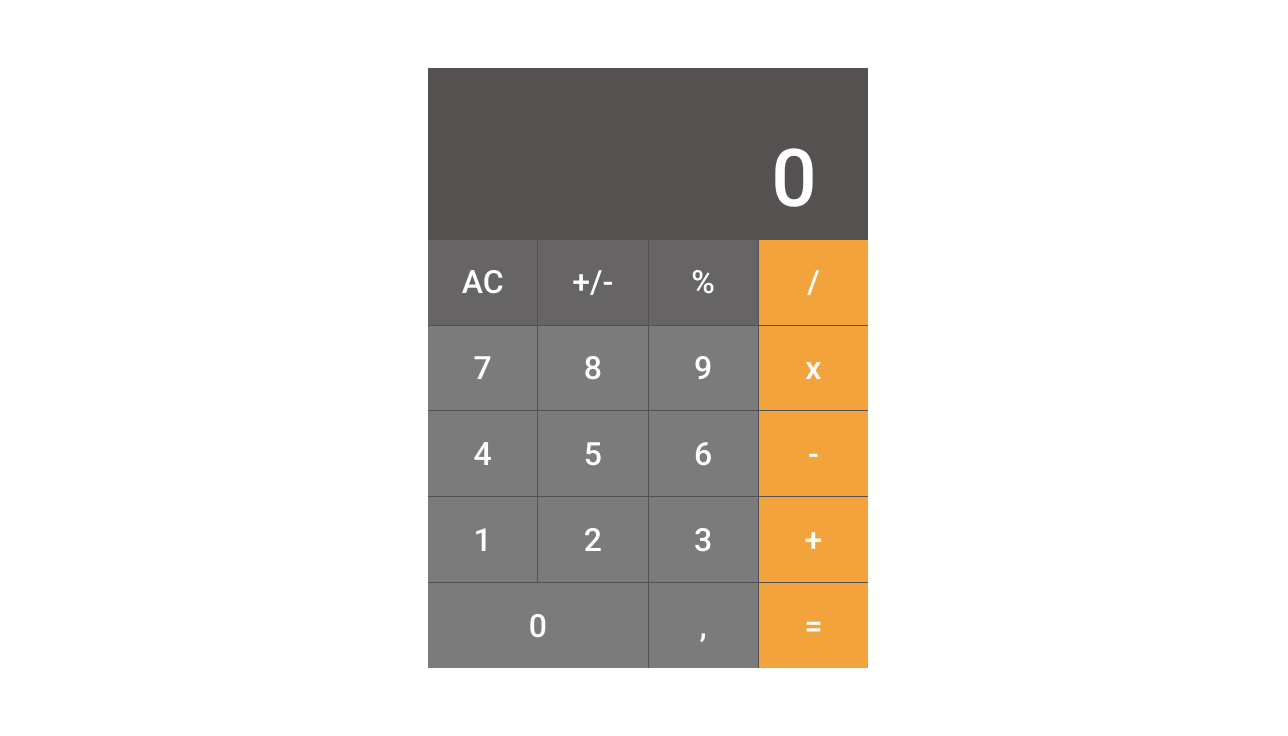
Repository: maciekto/calculatorOOP
Page: index.html
These files come from the project's save history. The page is drawn as it stood at one moment and after the next save; the edit follows.
The browser window is 1280 px wide. The page is 1288 px wide, so the pictures cover 1288 px, including what lies to the right of the window. The pictures show the whole page.
After loading, the first visible `div.Calc__0` was clicked once.

Above is the page before, as saved 2022-07-09 18:00:01.

### index.html
<!DOCTYPE html>
<html lang="en">
<head>
    <meta charset="UTF-8">
    <meta http-equiv="X-UA-Compatible" content="IE=edge">
    <meta name="viewport" content="width=device-width, initial-scale=1.0">
    <title>Document</title>
    <link rel="stylesheet" href="css.css">


</head>
<body>
    <main>
        <div class="Calc">
            <div class="Calc__result">
                <div class="Calc__result__inner">0</div>
            </div>

            <div class="Calc__reset">AC</div>
            <div class="Calc__opposite">
                +/-
            </div>
            <div class="Calc__percentages">
                %
            </div>
            <div class="Calc__divide">/</div>

            <div class="Calc__7">7</div>
            <div class="Calc__8">8</div>
            <div class="Calc__9">9</div>
            <div class="Calc__multiply">x</div>

            <div class="Calc__4">4</div>
            <div class="Calc__5">5</div>
            <div class="Calc__6">6</div>
            <div class="Calc__substraction">-</div>
            <div class="Calc__1">1</div>
            <div class="Calc__2">2</div>
            <div class="Calc__3">3</div>
            <div class="Calc__addition">+</div>

            <div class="Calc__0">0</div>
            <div class="Calc__comma">,</div>
            <div class="Calc__isequal">=</div>

        </div>
    </main>

    <script src="js.js"></script>
</body>
</html>

### css.css
@import url('https://fonts.googleapis.com/css2?family=Roboto:wght@400;500;700&display=swap');

* {
    font-family: 'Roboto', sans-serif;
    font-weight: 500;
    box-sizing: border-box;
}

main {
    width: 100vw;
    height: 100vh;
    display: grid;
    place-items: center;
}

.Calc {
    max-width: 440px;
    width: 55vw;
    height: 80vw;
    max-height: 600px;
    background: #545150;
    color: white;
    display: grid;
    grid-template-columns: repeat(4, 1fr);
    grid-template-rows: repeat(7, 1fr);
    grid-template-areas:
    "result result result result"
    "result result result result"
    "reset opposite percentages divide"
    "seven eight nine multiply"
    "four five six substraction"
    "one two three addition"
    "zero zero comma isequal"
    ;
    grid-gap: 1px;
    font-size: 4vw;
}
.Calc div {
    display: grid;
    place-items: center;
    background: #7b7b7c;
    cursor: pointer;
}
.Calc__result {
    grid-area: result;
    background: #545150 !important;
    font-size: 10vw;
    display: flex;
    overflow-x: scroll;
}
.Calc__result__inner {
    padding: 1vw 4vw;
    width: 100%;
    height: 100%;
    place-items: end end !important;


    background: #545150 !important;

}
.Calc__reset {
    background: #666464 !important;
}
.Calc__opposite {
    background: #666464 !important;
}
.Calc__percentages {
    background: #666464 !important;
}
.Calc__divide {
    background: #f2a33c !important;
}
.Calc__multiply {
    background: #f2a33c !important;
}
.Calc__substraction {
    background: #f2a33c !important;
}
.Calc__addition {
    background: #f2a33c !important;
}
.Calc__isequal {
    background: #f2a33c !important;
}


.Calc__0 {
    grid-area: zero;
}

@media (min-width: 800px) {
    .Calc {
        font-size: 32px;
    }
    .Calc__result {
        font-size: 80px;
    }
}

### js.js

// Zaznaczanie klasy
function Class(nazwa) {
    return document.querySelector(`.${nazwa}`);
}


// EVENTS
const result = Class('Calc__result');
const result_inner = Class('Calc__result__inner');
const l0 = Class('Calc__0');
const l1 = Class('Calc__1');
const l2 = Class('Calc__2');
const l3 = Class('Calc__3');
const l4 = Class('Calc__4');
const l5 = Class('Calc__5');
const l6 = Class('Calc__6');
const l7 = Class('Calc__7');
const l8 = Class('Calc__8');
const l9 = Class('Calc__9');
const lcomma = Class('Calc__comma');

const isEqual = Class('Calc__isequal');
const x = Class('Calc__multiply');
const plus = Class('Calc__addition');
const minus = Class('Calc__substraction');
const divide = Class('Calc__divide');

const AC = Class('Calc__reset');



var cashed_number;
var operator = '';
var expression = [];
var isNumberNew = true;


var events = [l0, l1, l2, l3, l4, l5, l6, l7, l8, l9,lcomma, x,plus, minus, divide, isEqual, AC];

events.forEach(element => {
    element.addEventListener('click', () => numberClicked(element.innerHTML));
});


// Function applied after click
function numberClicked(sign) {
    console.log(sign.innerHTML)
    switch(sign.innerHTML) {

        // MULTIPLY
        case 'x':
            casheNumber('*');
        break;

        //ADD
        case '+':
            casheNumber('+');
        break;

        //SUBSTRACT
        case '-':
            casheNumber('-');
        break;

        //DIVIDE
        case '/':
            casheNumber('/');
        break;

        // RESULT
        case '=':
            result_inner.innerHTML = count(result_inner.innerHTML);
            resizeResult();
        break;

        case 'AC':
            result_inner.innerHTML = '0';
            isNumberNew = true;
        break;

        // COMMA
        case ',':

            // Read how much commas is in result
            commaLimitCheck(result_inner.innerHTML);

            // Limit amount of comma to one

        break;

        case '0':
        case '1':
        case '2':
        case '3':
        case '4':
        case '5':
        case '6':
        case '7':
        case '8':
        case '9':
            if(isNumberNew == true) {
                result_inner.innerHTML = sign.innerHTML;
                isNumberNew = false;

            } else {
                // Check if there is comma
                writeClickedNumber(sign);

            }
        break;
    }
}



function count(result) {
    let newNumber;
    newNumber = parseFloat(commaAndDotSwitcher('toDOT', result));
    let endResult;

    switch(operator) {
        case '*':
            endResult = cashed_number*newNumber
            return commaAndDotSwitcher('toCOMMA',endResult.toString());
        break;
        case '+':
            endResult = cashed_number+newNumber
            return commaAndDotSwitcher('toCOMMA',endResult.toString());
        break;
        case '-':
            endResult = cashed_number-newNumber
            return commaAndDotSwitcher('toCOMMA',endResult.toString());
        break;
        case '/':
            endResult = cashed_number/newNumber
            return commaAndDotSwitcher('toCOMMA',endResult.toString());
        break;
    }
}

function casheNumber(selectedOperator) {
    cashed_number = parseFloat(commaAndDotSwitcher('toDOT', result_inner.innerHTML));
    isNumberNew = true;
    operator = selectedOperator;
}

// Limit amount of commas in string
commaLimitCheck = (string) => {
    let Check = string.split('');
    let commaCount = 0;

    // Count comma's
    Check.forEach(element => {
        if(element === ',') {
            commaCount+=1;
        }
    });

    const OLDresult = result_inner.innerHTML;
    if(commaCount >= 1) {
        result_inner.innerHTML = OLDresult;
    } else {
        writeClickedNumber(sign);
    }
}


// Switch comma to dot or dot to comma
// operation: toDOT or toCOMMA
// RETURNS string with switched commas or dots
commaAndDotSwitcher = (operation, string) => {
    console.log(string)
    let Check = string.split('');
    let stringFromArray = '';

    if(operation === 'toDOT') {
            Check.forEach((element, index) => {
                if(element === ',') {
                    Check[index] = '.';
                    stringFromArray += Check[index];
                } else {
                    stringFromArray += Check[index];
                }

            });
            // Convert to string and return
            return stringFromArray;
    } else if (operation === 'toCOMMA') {
        Check.forEach((element, index) => {
            if(element === '.') {
                Check[index] = ',';
                stringFromArray += Check[index];
            } else {
                stringFromArray += Check[index];
            }

        });
        // Convert to string and return
        return stringFromArray;
    }
}

// Write clicked number to the result inner div
function writeClickedNumber(sign) {
    const OLDresult = result_inner.innerHTML;
    result_inner.innerHTML = OLDresult + sign.innerHTML;
    resizeResult()
}

// Resize inner result div dependent of how much text is inside
function resizeResult() {
    if(result_inner.clientWidth > result.clientWidth) {

        while(result_inner.clientWidth>result.clientWidth) {
            var style = window.getComputedStyle(result, null).getPropertyValue('font-size');
            var fontSizee = parseFloat(style);
            result.style.fontSize = (fontSizee - 1) +'px';
        }
    }
}

console.log(l1)



























































// inputy liczb
// inputy orange
// input procent
// input odwrotność
// input reset

// 1. po klinięciu liczba jest zapisywana jako aktywna, jeżeli jest dodana następna liczba jest dodawana do pierwszej w stringu

// 2. Po kliniuęciu jakiegoś przycisku z orange jest dodawana flaga co będzie z tą liczbą robione

// 3. Wprowadzenie następnej liczby

// 4. Wynik


// 5. Resetowanie liczby jako resetowanie zmiennej przechowującej wyrażenie

After the next save:
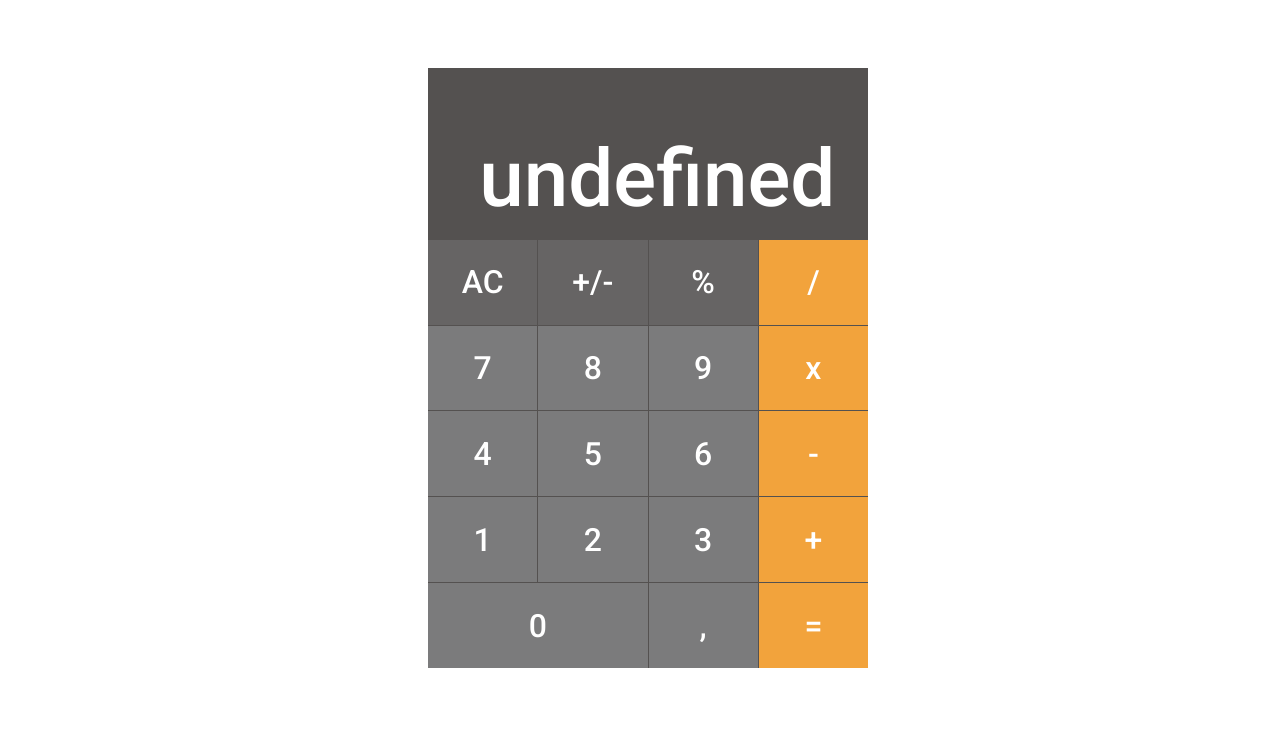
Saved 8 s later.
--- a/js.js
+++ b/js.js
@@ -46,7 +46,7 @@
 // Function applied after click
 function numberClicked(sign) {
     console.log(sign.innerHTML)
-    switch(sign.innerHTML) {
+    switch(sign) {
 
         // MULTIPLY
         case 'x':

After the save that followed:
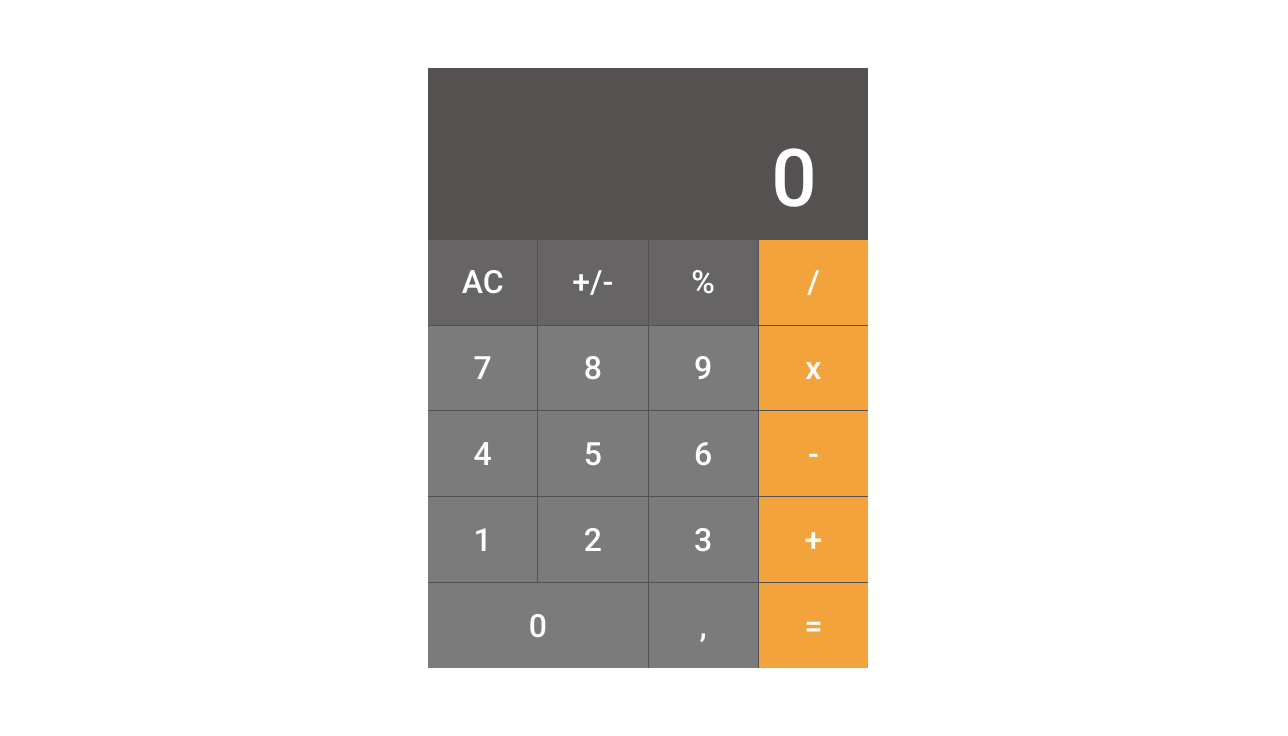
Saved 18 s later.
--- a/js.js
+++ b/js.js
@@ -45,7 +45,7 @@
 
 // Function applied after click
 function numberClicked(sign) {
-    console.log(sign.innerHTML)
+    console.log(sign)
     switch(sign) {
 
         // MULTIPLY
@@ -100,7 +100,7 @@
         case '8':
         case '9':
             if(isNumberNew == true) {
-                result_inner.innerHTML = sign.innerHTML;
+                result_inner.innerHTML = sign;
                 isNumberNew = false;
 
             } else {
